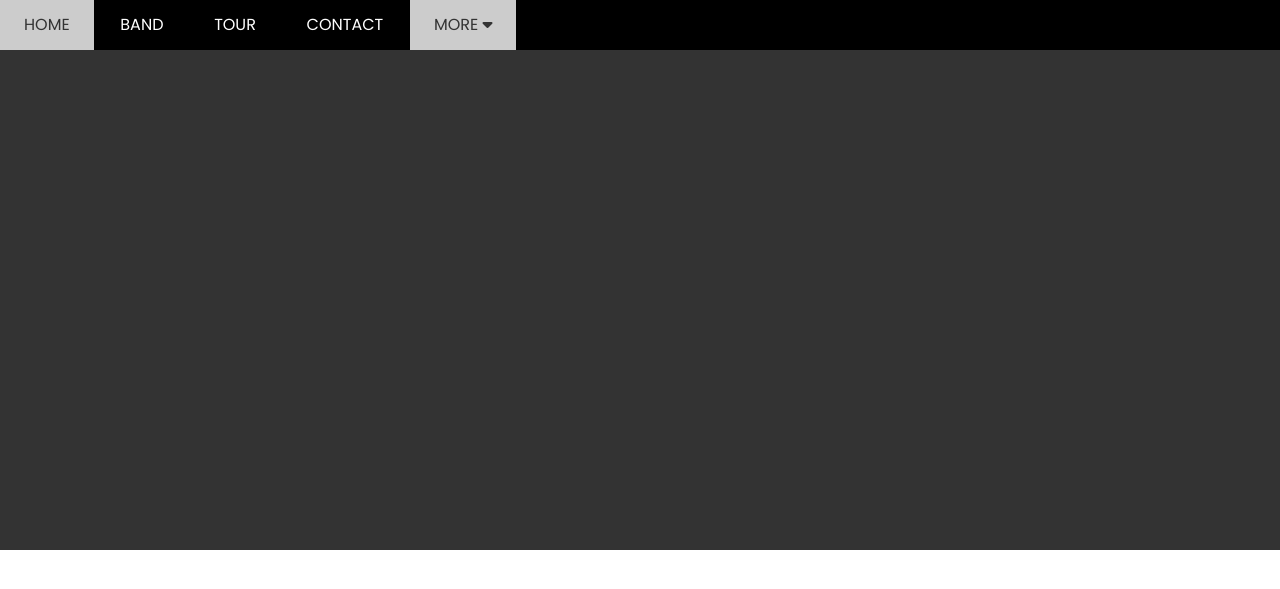
Repository: dptuyen1/the-band
Page: index.html
These files come from the project's save history. The page is drawn as it stood at one moment and after the next save; the edit follows.
The browser window is 1280 px wide. The pictures show the whole page.
The pointer rests on the first visible `#nav li:last-child`.

Above is the page before, as saved 2023-06-02 12:36:56.

### index.html
<!DOCTYPE html>
<html lang="en">
  <head>
    <meta charset="UTF-8" />
    <meta http-equiv="X-UA-Compatible" content="IE=edge" />
    <meta name="viewport" content="width=device-width, initial-scale=1.0" />
    <title>Document</title>
    <link rel="stylesheet" href="./assets/css/style.css" />
    <link
      rel="stylesheet"
      href="https://cdnjs.cloudflare.com/ajax/libs/font-awesome/6.4.0/css/all.min.css"
      integrity="sha512-iecdLmaskl7CVkqkXNQ/ZH/XLlvWZOJyj7Yy7tcenmpD1ypASozpmT/E0iPtmFIB46ZmdtAc9eNBvH0H/ZpiBw=="
      crossorigin="anonymous"
      referrerpolicy="no-referrer"
    />
  </head>
  <body>
    <div id="wrapper">
      <header id="header">
        <ul id="nav">
          <li><a href="#">HOME</a></li>
          <li><a href="#">BAND</a></li>
          <li><a href="#">TOUR</a></li>
          <li><a href="#">CONTACT</a></li>
          <li>
            <a href="#">
              MORE
              <i class="fa-solid fa-caret-down"></i>
            </a>
            <ul class="sub-nav">
              <li><a href="#">Merchandise</a></li>
              <li><a href="#">Extras</a></li>
              <li><a href="#">Media</a></li>
            </ul>
          </li>
        </ul>
      </header>
      <div id="slider"></div>
      <main id="content"></main>
      <footer id="footer"></footer>
    </div>
  </body>
  <script src="./assets/js/script.js"></script>
</html>

### assets/css/style.css
@import url("https://fonts.googleapis.com/css2?family=Poppins:wght@300;400;500;600;700&display=swap");

* {
  padding: 0;
  margin: 0;
  box-sizing: border-box;
}

html {
  font-size: 62.5%;
  font-family: "Poppins", sans-serif;
  scroll-behavior: smooth;
}

:root {
  --white: #fff;
  --black: #000;
  --text: #333;
}

#wrapper {
}
#header {
  height: 50px;
  background-color: var(--black);
}
#nav,
.sub-nav {
  list-style: none;
}
#nav li {
  display: inline-block;
  position: relative;
}

#nav li a {
  font-size: 1.6rem;
  text-decoration: none;
  line-height: 50px;
  padding: 0 24px;
  display: inline-block;
}

#nav > li > a {
  color: var(--white);
}

#nav li:hover > a {
  background-color: #ccc;
  color: var(--text);
}

#nav .sub-nav {
  display: none;
  position: absolute;
  background-color: var(--white);
  box-shadow: 0 0 10px rgba(0, 0, 0, 0.2);
}

.sub-nav * {
  width: 100%;
}

#nav .sub-nav a {
  color: var(--black);
  padding: 0 16px;
  line-height: 40px;
}

#slider {
  min-height: 500px;
  background-color: var(--text);
}
#content {
}
#footer {
}

Loaded but not shown: assets/js/script.js (no copy from this time; the picture is the same without it)

After the next save:
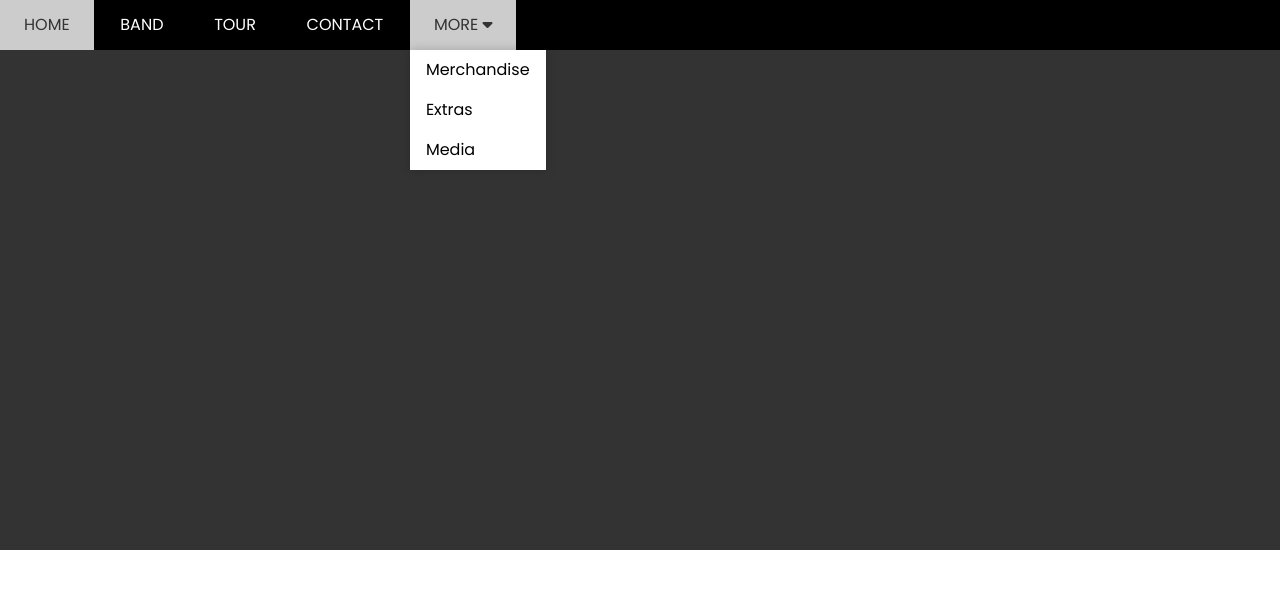
Saved 35 s later.
--- a/assets/css/style.css
+++ b/assets/css/style.css
@@ -50,6 +50,10 @@ html {
   color: var(--text);
 }
 
+#nav li:last-child:hover .sub-nav {
+  display: block;
+}
+
 #nav .sub-nav {
   display: none;
   position: absolute;
